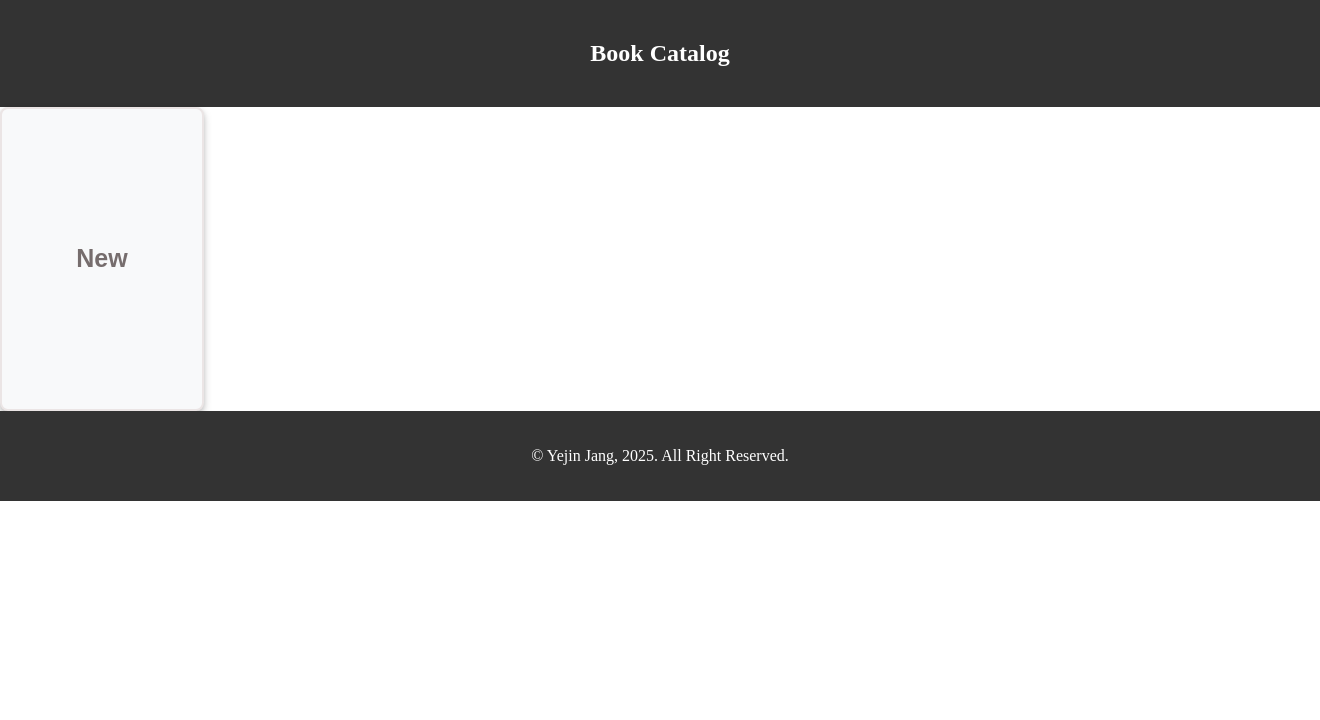
Repository: Yejin-Digital/Lab3-Assignment-BookCatalog
Page: /
These files come from the project's save history. The page is drawn as it stood at one moment and after the next save; the edit follows.
The browser window is 1280 px wide. The page is 1320 px wide, so the pictures cover 1320 px, including what lies to the right of the window. The pictures show the whole page.
The project was rebuilt for these pictures with package versions that can differ from the ones it lists, and the page was loaded fresh each time. Also part of the build but not shown: vite.config.js.

Above is the page before, as saved 2025-09-19 01:34:57.

### index.html
<!DOCTYPE html>
<html lang="en">
  <head>
    <meta charset="UTF-8" />
    <link rel="icon" type="image/svg+xml" href="/vite.svg" />
    <meta name="viewport" content="width=device-width, initial-scale=1.0" />
    <title>Book Catalog Assignment</title>
  </head>
  <body>
    <div id="root"></div>
    <script type="module" src="/src/main.jsx"></script>
  </body>
</html>

### src/index.css
html {
  font-family: 'Times New Roman', Times, serif;
}

body {
  margin: 0;
  min-height: 100vh;
  display: flex;
  flex-direction: column;
  align-items: center;
}

.app {
  display: flex;
  flex-direction: column;
  width: 100%;
  margin: 0 auto;
  min-height: 100%;
}

#root {
  width: 100%;
}

.header-content {
  background-color: #333;
  color: white;
  text-align: center;
  padding: 20px;
  width: 100%;
}

.footer-content {
  background-color: #333;
  color: white;
  text-align: center;
  padding: 20px;
  width: 100%;
}

.content {
  justify-content: flex-start;
  margin: 20px 30px;
  display: inline-flex;
  flex-direction: row;
  gap: 20px;
}

### src/App.jsx
import Header from './components/Header';
import Footer from './components/Footer';
import NewBook from './components/NewBook';

function App() {
  return (
    <div className="app">
      <section>
        <div classNAme="content">
          <Header />
          <NewBook />
        </div>
      </section>
      <Footer />
    </div>
  );
}

export default App;

### src/components/Header.jsx
function AppHeader() {
  return (
    <header className="header-content">
      <h1>Book Catalog</h1>
    </header>
  );
}

export default AppHeader;

### src/components/Footer.jsx
export default function Footer() {
  return (
    <footer class="footer-content">
      <p>&copy; Yejin Jang, 2025. All Right Reserved.</p>
    </footer>
  );
}

### src/components/NewBook.jsx
import './NewBook.css';

function NewBook() {
  return (
    <div className="newButton">
      <button>New</button>
    </div>
  );
}

export default NewBook;

### src/components/NewBook.css
.newButton {
  width: 200px;
  height: 300px;
  border: 2px solid #ebe5e5;
  border-radius: 8px;
  background-color: #f8f9fa;
  display: flex;
  align-items: center;
  justify-content: center;
  box-shadow: 0 4px 8px rgba(0, 0, 0, 0.2), 0 2px 4px rgba(0, 0, 0, 0.1);
  transition: all 0.3s ease;
  cursor: pointer;
}

.newButton:hover {
  background-color: #e9ecef;
}

button {
  background: none;
  border: none;
  color: #766d6d;
  font-size: 25px;
  font-weight: bold;
  cursor: pointer;
  padding: 0;
}

### src/components/BookListCard.jsx
import './BookListCard.css';

function BookListCard(props) {
  return (
    <div className="bookCard">
      <div className="bookImage">
        <img src={props.image} alt="Book cover" />
      </div>
      <div className="bookInfo">
        <div className="bookAuthorContainer">
          <p className="bookAuthor">by</p>
          <p className="bookAuthor">{props.author}</p>
        </div>
        <a href={props.link}>Learn more</a>
      </div>
    </div>
  );
}

export default BookListCard;

### src/components/BookListCard.css
.bookCard {
  flex-direction: column;
  border: solid 1px black;
  width: 200px;
  height: 300px;
  display: flex;
  justify-content: space-between;
  border-radius: 4px;
  box-shadow: 0 4px 8px rgba(0, 0, 0, 0.2), 0 2px 4px rgba(0, 0, 0, 0.1);
  overflow: hidden;
  position: relative;
}

.bookImage {
  padding: 0;
  overflow: hidden;
  flex-shrink: 0;
}
.bookCard img {
  width: 100%;
  height: auto;
  max-height: 200px;
  object-fit: cover;
  margin-bottom: 0;
  display: block;
}

.bookInfo {
  display: flex;
  flex-direction: column;
  margin-top: auto;
}

.bookAuthor {
  font-size: 16px;
  font-weight: 500;
  color: white;
  text-align: center;
  margin: 0;
}

a {
  width: 100%;
  font-size: 16px;
  font-weight: bold;
  color: white;
  background-color: rgb(15, 52, 79);
  text-align: center;
  margin: 0;
  padding: 12px 0;
  text-decoration: none;
  display: block;
}

a:hover {
  background-color: rgb(20, 65, 95);
}

.bookAuthorContainer {
  height: 56px;
  width: 100%;
  background-color: rgb(14, 118, 192);
  padding-top: 4px;
}

Loaded but not shown: src/main.jsx (common file)

After the next save:
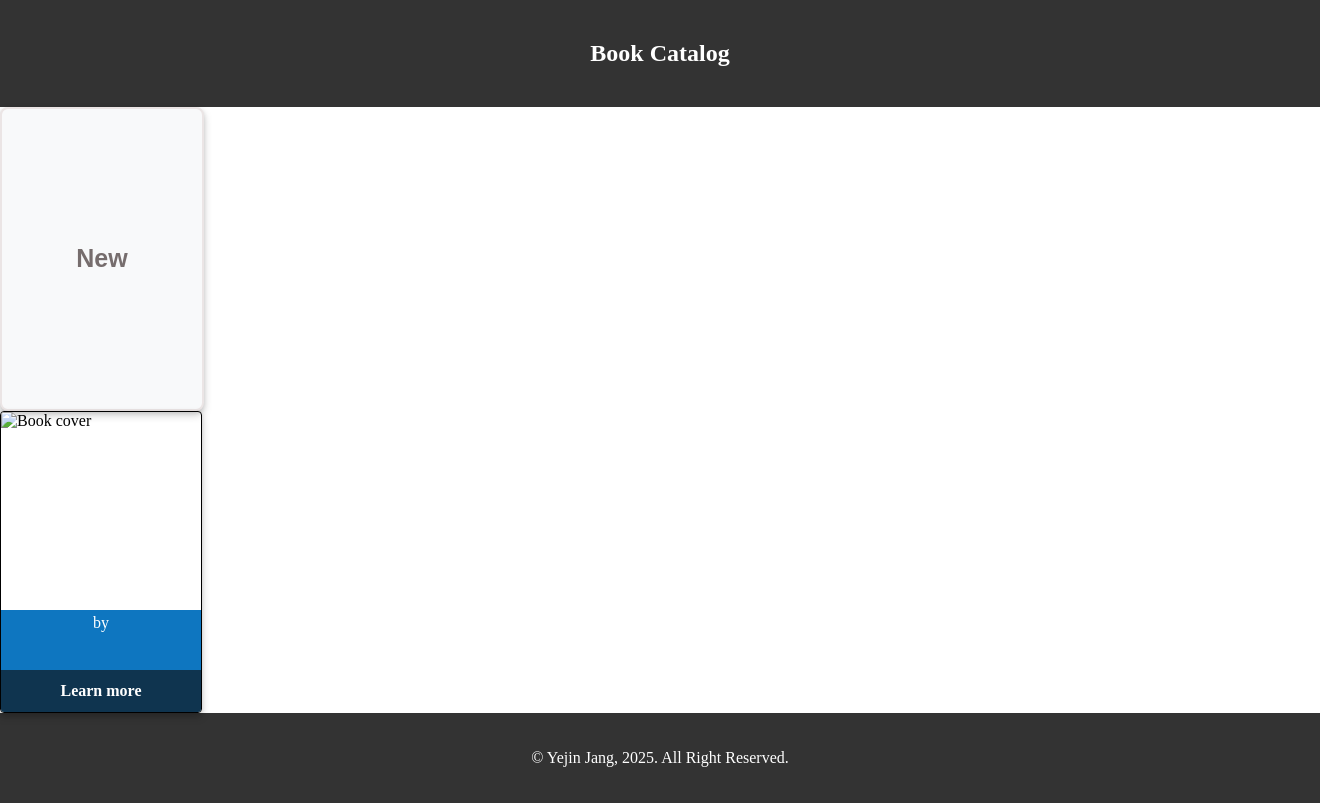
Saved 47 s later.
--- a/src/App.jsx
+++ b/src/App.jsx
@@ -1,6 +1,7 @@
 import Header from './components/Header';
 import Footer from './components/Footer';
 import NewBook from './components/NewBook';
+import BookListCard from './components/BookListCard';
 
 function App() {
   return (
@@ -9,6 +10,7 @@ function App() {
         <div classNAme="content">
           <Header />
           <NewBook />
+          <BookListCard />
         </div>
       </section>
       <Footer />
